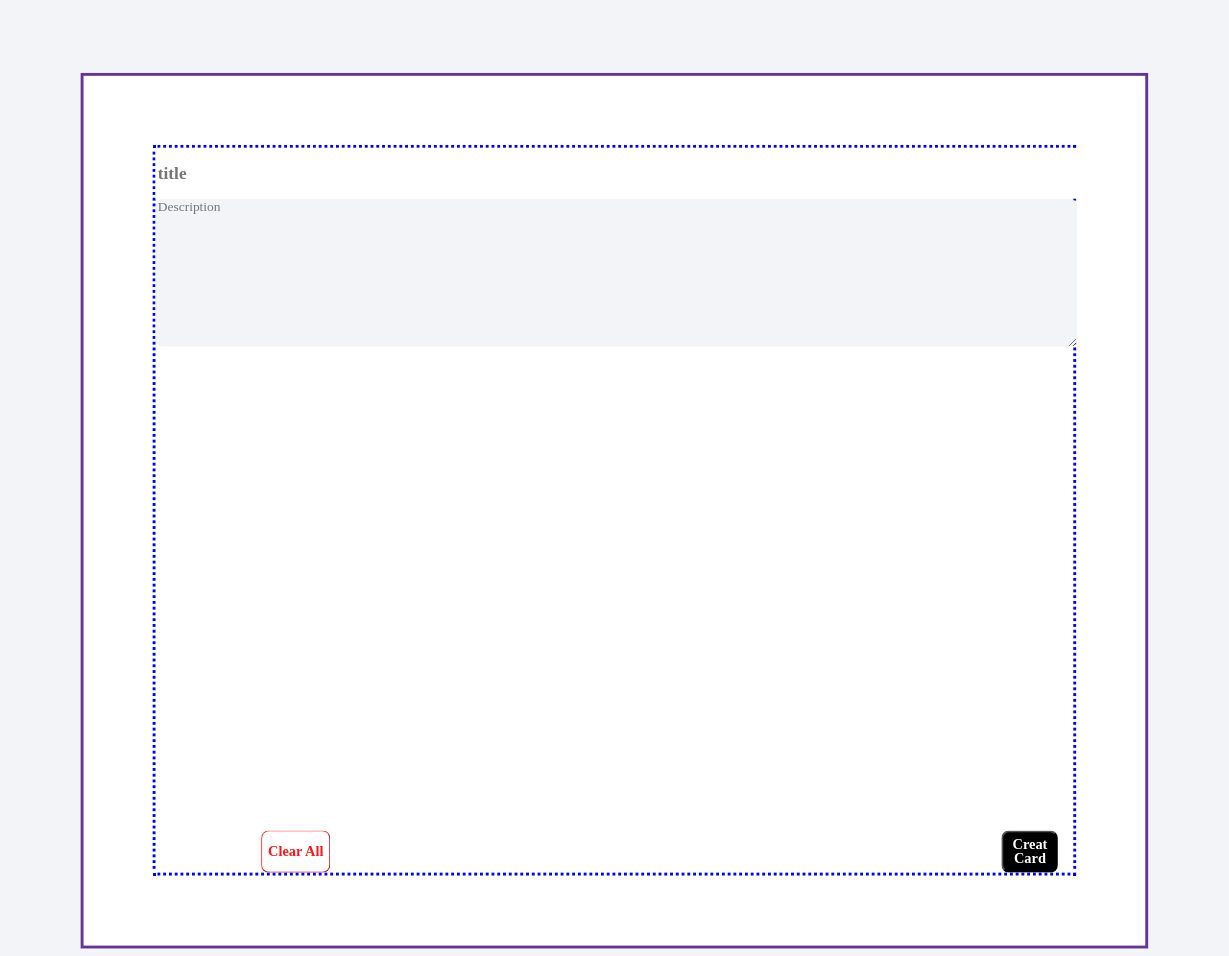
Repository: ReyhanehRahmani/TO-DO
Page: index.html
The author's editor kept a copy of each file at every save. The page is drawn from the files as they stood at one save, then again after the next save.
The browser window is 1280 px wide. The pictures show the whole page, at 96% of full size.

Above is the page before, as saved 2025-06-07 22:47:39.

### index.html
<!DOCTYPE html>

<html lang="en">

    <head>

        <meta name="viewport" content="width=device-width, initial-scale=1.0" />

        <title>TO-DO</title>

        <link rel="icon" type="image/jpg" href="favicon.png">

        <link rel="stylesheet" href="style.css">

    </head>
    <body>
        <div id="main-card">
            <div id="content">
                <div >
                <div id="title">
                    <input type="text" id="titlebox" minlength="3" maxlength="30" placeholder="title">
                </div>
                <div id="description">
                    <textarea type="text" id="descriptionbox" maxlength="200" placeholder="Description"></textarea>
                </div>
                </div>

                <div id="buttons">
                    <div id="clear"><button id="clearbut">Clear All</button></div>
                    <div id="creat"><button id="creatbut">Creat Card</button></div>
                </div>
            </div>
        </div>
    </body>

### style.css
body{
    background-color: #F2F4F7;
}



#main-card{
    margin-left: 6%;
    margin-right: 6%;
    margin-top: 6%;
    background-color: #FFFFFF;
    border: solid rebeccapurple;
}

#content{
    margin-right: 6.557377049%;
    margin-left: 6.557377049%;
    margin-top: 6.557377049%;
    margin-bottom: 6.557377049%;
    border: dotted blue;
}

#titlebox{
    font-family: Poppins;
    font-weight: 700;
    font-size: 18px;
    line-height: 150%;
    letter-spacing: -2%;
    border: none;
    width: 100%;
    height: 51px;
}

#descriptionbox{
    border: none;
    width: 100%;
    font-family: 'Poppins';
    font-weight: 500;
    font-size: 14px;
    line-height: 100%;
    letter-spacing: -3%;
    height: 150px;
    border-radius: 8px;
    background: #F2F4F7;

}

#content{
    display: flex;
    flex-direction: column;
    justify-content: space-between;
    gap: 500px;
}

#buttons{
    display: flex;
    justify-content: space-between;
    gap: 12px;


}

#clear{
    width: 30.503144654%;
    text-align: center;
    justify-content: center;
}

#clearbut{
    height: 44px;
    border-radius: 8px;
    border-width: 1.4px;
    border-color: #FF1616;
    background-color: #FFFFFF;
    font-family: 'Poppins';
    font-weight: 700;
    font-size: 15px;
    line-height: 100%;
    letter-spacing: -3%;
    color: #FF1616;
    white-space: nowrap;
}

#creat{
    text-align: center;
    justify-content: center;
}

#creatbut{
    height: 44px;
    border-radius: 8px;
    background: #000000;
    font-family: 'Poppins';
    font-weight: 600;
    font-size: 15px;
    line-height: 100%;
    letter-spacing: -3%;
    color: #FFFFFF;
    width: 65.72327044%;

}

After the next save:
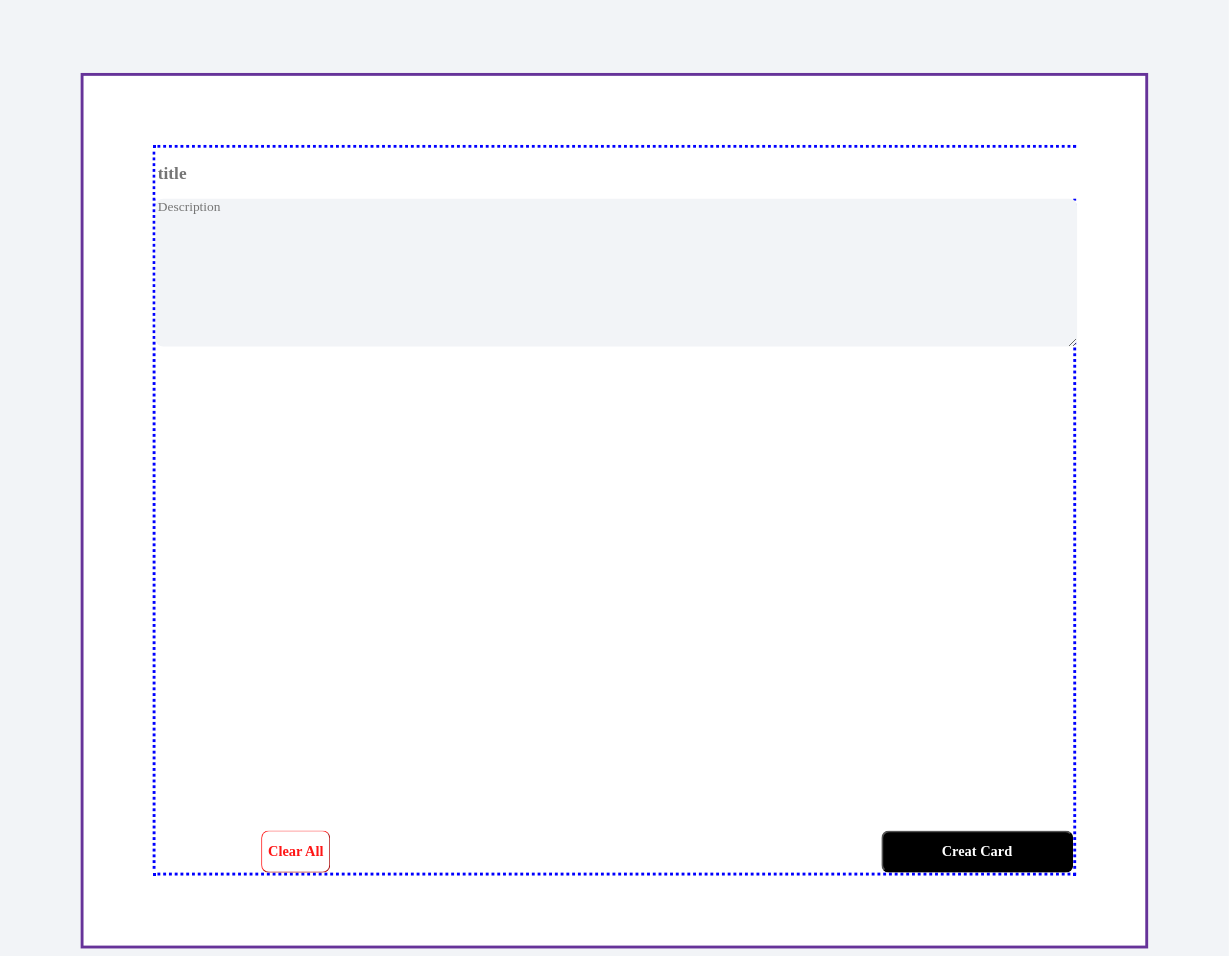
Saved 44 s later.
--- a/style.css
+++ b/style.css
@@ -96,6 +96,6 @@ body{
     line-height: 100%;
     letter-spacing: -3%;
     color: #FFFFFF;
-    width: 65.72327044%;
+    width: 200px;
 
 }
